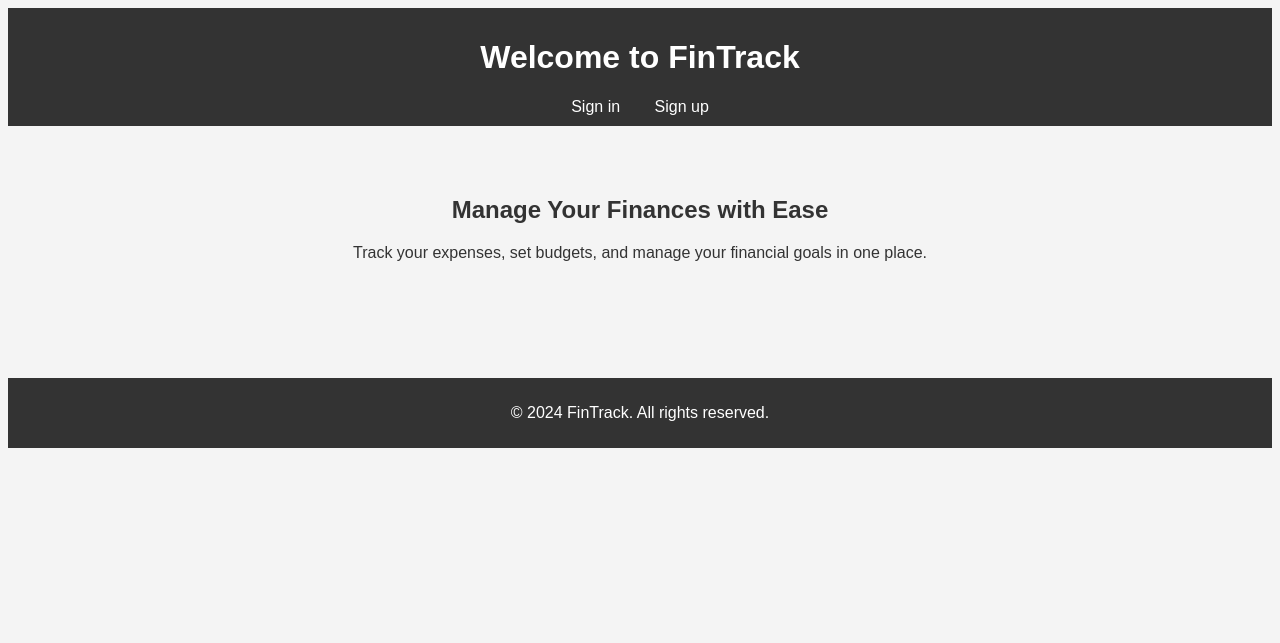
Repository: Rath2601/servlet_jsp_project
Page: http://localhost/finmansystem/
An editor plug-in stored every save of this project. The page is shown before and after the next save, followed by the edit.
The browser window is 1280 px wide. The pictures show the whole page.
The page is served by Tomcat 10.

Above is the page before, as saved 2024-10-08 02:10:42.

After the next save:
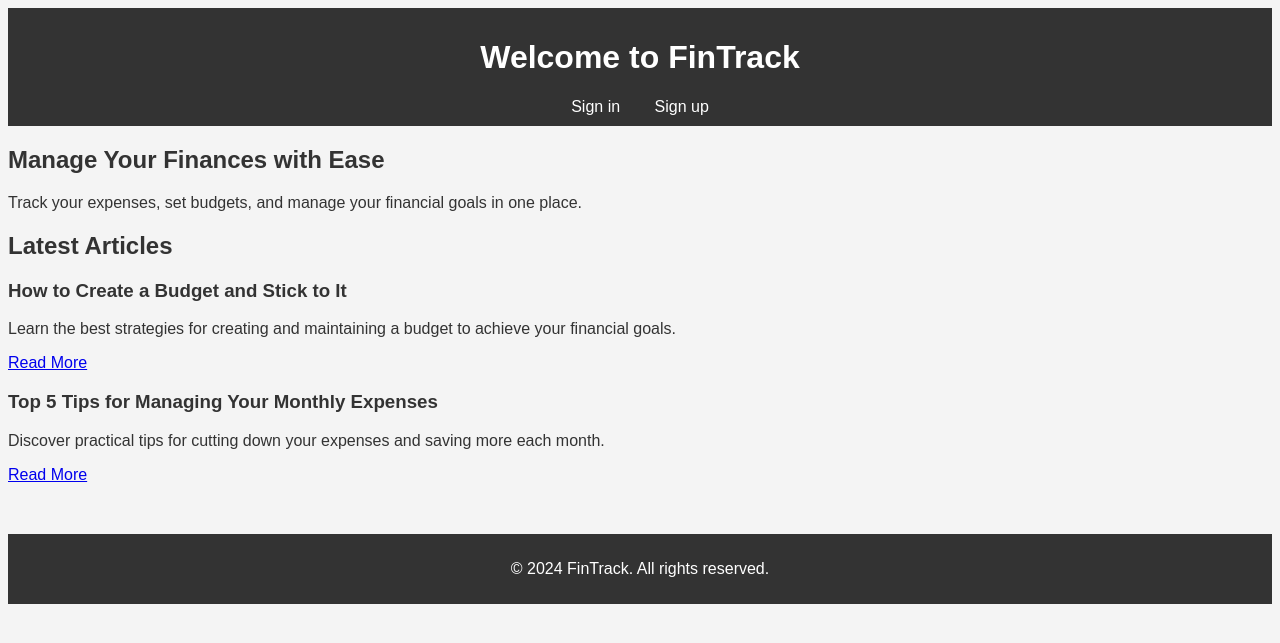
Saved 19 min 22 s later.
--- a/FinancialManagementSystem/finmansystem/src/main/webapp/home.jsp
+++ b/FinancialManagementSystem/finmansystem/src/main/webapp/home.jsp
@@ -3,25 +3,39 @@
 <html lang="en">
 <head>
     <meta charset="UTF-8">
-    <title>Financial Management - Home</title>
-    <link rel="stylesheet" type="text/css" href="<%= request.getContextPath() %>/css-non-secured/home.css">
+    <meta name="viewport" content="width=device-width, initial-scale=1.0">
+    <title>Welcome to FinTrack</title>
+    <link rel="stylesheet" type="text/css" href="<%= request.getContextPath() %>/css/home.css">
 </head>
 <body>
     <header>
         <h1>Welcome to FinTrack</h1>
-        <nav>
-            <a href = "<%= request.getContextPath()%>/login.jsp" class="signin">Sign in</a>
+        <nav class="user-auth">
+             <a href = "<%= request.getContextPath()%>/login.jsp" class="signin">Sign in</a>
             <a href = "<%= request.getContextPath()%>/register.jsp" class="signup">Sign up</a>
         </nav>
     </header>
 
+    <main>
+        <section class="intro">
+            <h2>Manage Your Finances with Ease</h2>
+            <p>Track your expenses, set budgets, and manage your financial goals in one place.</p>
+        </section>
 
-
-
-    <section class="features">
-        <h2>Manage Your Finances with Ease</h2>
-        <p>Track your expenses, set budgets, and manage your financial goals in one place.</p>
-    </section>
+        <section class="articles">
+            <h2>Latest Articles</h2>
+            <article>
+                <h3>How to Create a Budget and Stick to It</h3>
+                <p>Learn the best strategies for creating and maintaining a budget to achieve your financial goals.</p>
+                <a href="article1.jsp">Read More</a>
+            </article>
+            <article>
+                <h3>Top 5 Tips for Managing Your Monthly Expenses</h3>
+                <p>Discover practical tips for cutting down your expenses and saving more each month.</p>
+                <a href="article2.jsp">Read More</a>
+            </article>
+        </section>
+    </main>
 
     <footer>
         <p>&copy; 2024 FinTrack. All rights reserved.</p>
